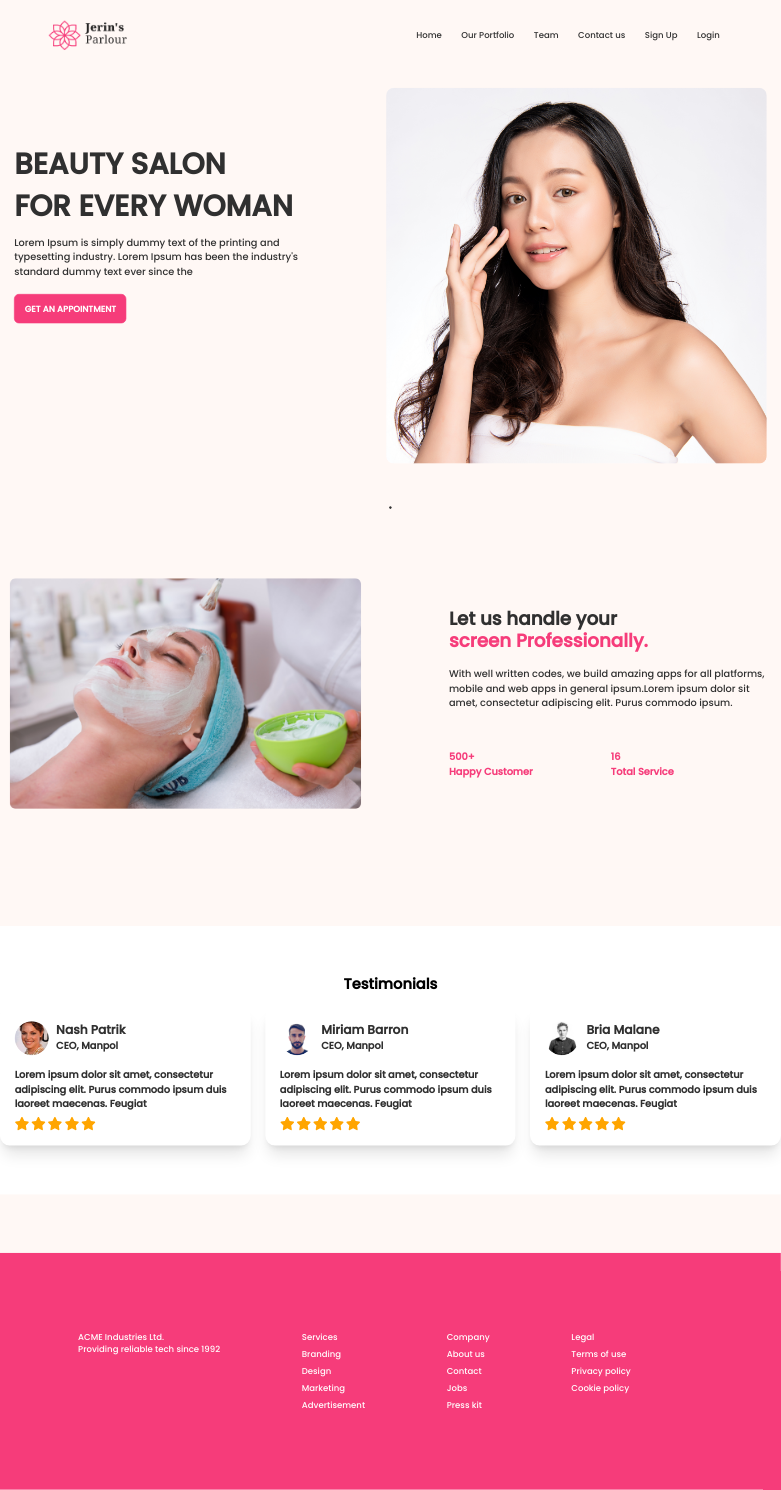
Repository: Wahid137/jerins-parlour-client
Page: /
An editor plug-in stored every save of this project. The page is shown before and after the next save, followed by the edit.
The browser window is 1280 px wide. The pictures show the whole page, at 61% of full size.
The page's requests for data from a server got no answer. The project was rebuilt for these pictures with package versions that can differ from the ones it lists, and the page was loaded fresh each time. No one was signed in, and anything a server would have sent is missing. Also part of the build but not shown: src/App.css, src/Pages/Home/Services/ServicesCard.js.

Above is the page before, as saved 2023-07-16 05:02:38.

### public/index.html
<!DOCTYPE html>
<html lang="en">
  <head>
    <meta charset="utf-8" />
    <link rel="icon" href="%PUBLIC_URL%/favicon.ico" />
    <meta name="viewport" content="width=device-width, initial-scale=1" />
    <meta name="theme-color" content="#000000" />
    <meta
      name="description"
      content="Web site created using create-react-app"
    />
    <link rel="preconnect" href="https://fonts.googleapis.com">
    <link rel="preconnect" href="https://fonts.gstatic.com" crossorigin>
    <link href="https://fonts.googleapis.com/css2?family=Poppins:wght@500&display=swap" rel="stylesheet">
    <link rel="apple-touch-icon" href="%PUBLIC_URL%/logo192.png" />
    <!--
      manifest.json provides metadata used when your web app is installed on a
      user's mobile device or desktop. See https://developers.google.com/web/fundamentals/web-app-manifest/
    -->
    <link rel="manifest" href="%PUBLIC_URL%/manifest.json" />
    <!--
      Notice the use of %PUBLIC_URL% in the tags above.
      It will be replaced with the URL of the `public` folder during the build.
      Only files inside the `public` folder can be referenced from the HTML.

      Unlike "/favicon.ico" or "favicon.ico", "%PUBLIC_URL%/favicon.ico" will
      work correctly both with client-side routing and a non-root public URL.
      Learn how to configure a non-root public URL by running `npm run build`.
    -->
    <title>React App</title>
  </head>
  <body>
    <noscript>You need to enable JavaScript to run this app.</noscript>
    <div id="root"></div>
    <!--
      This HTML file is a template.
      If you open it directly in the browser, you will see an empty page.

      You can add webfonts, meta tags, or analytics to this file.
      The build step will place the bundled scripts into the <body> tag.

      To begin the development, run `npm start` or `yarn start`.
      To create a production bundle, use `npm run build` or `yarn build`.
    -->
  </body>
</html>

### src/index.js
import React from 'react';
import ReactDOM from 'react-dom/client';
import './index.css';
import App from './App';
import reportWebVitals from './reportWebVitals';
import { QueryClient, QueryClientProvider } from '@tanstack/react-query'


// Create a client
const queryClient = new QueryClient()

const root = ReactDOM.createRoot(document.getElementById('root'));
root.render(
  <React.StrictMode>
    <QueryClientProvider client={queryClient}>
      <App />
    </QueryClientProvider>
  </React.StrictMode>
);

// If you want to start measuring performance in your app, pass a function
// to log results (for example: reportWebVitals(console.log))
// or send to an analytics endpoint. Learn more: https://bit.ly/CRA-vitals
reportWebVitals();

### src/index.css
@tailwind base;
@tailwind components;
@tailwind utilities;

body {
  background-color: #FFF8F5;
  margin: 0;
  font-family: -apple-system, BlinkMacSystemFont, 'Segoe UI', 'Roboto', 'Oxygen',
    'Ubuntu', 'Cantarell', 'Fira Sans', 'Droid Sans', 'Helvetica Neue',
    sans-serif;
    font-family: 'Poppins', sans-serif;
  -webkit-font-smoothing: antialiased;
  -moz-osx-font-smoothing: grayscale;
}

code {
  font-family: source-code-pro, Menlo, Monaco, Consolas, 'Courier New',
    monospace;
}

### src/App.js
import logo from './logo.svg';
import './App.css';
import { RouterProvider } from 'react-router-dom';
import router from './Routes/Routes/Routes';
import { Toaster } from 'react-hot-toast';

function App() {
  return (
    <div className=" mx-auto">
      <RouterProvider router={router}></RouterProvider>
      <Toaster></Toaster>
    </div>
  );
}

export default App;

### src/Routes/Routes/Routes.js
const { createBrowserRouter } = require("react-router-dom");
const { default: Main } = require("../../Layout/Main");
const { default: Home } = require("../../Pages/Home/Home/Home");

const router = createBrowserRouter([
    {
        path: '/',
        element: <Main></Main>,
        children: [
            {
                path: '/',
                element: <Home></Home>
            }
        ]
    }
])
export default router;

### src/Layout/Main.js
import React from 'react';
import Navbar from '../Shared/Navbar/Navbar';
import { Outlet } from 'react-router-dom';
import Footer from '../Shared/Footer/Footer';

const Main = () => {
    return (
        <div>
            <Navbar></Navbar>
            <Outlet></Outlet>
            <Footer></Footer>
        </div>
    );
};

export default Main;

### src/Pages/Home/Home/Home.js
import React from 'react';
import Banner from '../Banner/Banner';
import Services from '../Services/Services';
import Screen from '../Screen/Screen';
import Testimonial from '../Testimonial/Testimonial';

const Home = () => {
    return (
        <div>
            <Banner></Banner>
            <Services></Services>
            <Screen></Screen>
            <Testimonial></Testimonial>
        </div>
    );
};

export default Home;

### src/Shared/Navbar/Navbar.js
import React from 'react';
import logo from '../../assets/logo.png';
import { Link } from 'react-router-dom';

const Navbar = () => {
    const menuItem = <>
        <li><Link to="/">Home</Link></li>
        <li><Link to="/portfolio">Our Portfolio</Link></li>
        <li><Link to="/team">Team</Link></li>
        <li><Link to="/dashboard">Contact us</Link></li>
        <li><Link to="/signup">Sign Up</Link></li>
        <li><Link to="/login">Login</Link></li>

    </>
    return (
        <div className="navbar flex justify-between px-20 pt-8">
            <div className="navbar-start">
                <div className="dropdown">
                    <label tabIndex={0} className="btn btn-ghost lg:hidden">
                        <svg xmlns="http://www.w3.org/2000/svg" className="h-5 w-5" fill="none" viewBox="0 0 24 24" stroke="currentColor"><path strokeLinecap="round" strokeLinejoin="round" strokeWidth="2" d="M4 6h16M4 12h8m-8 6h16" /></svg>
                    </label>
                    <ul tabIndex={1} className="menu menu-sm dropdown-content mt-3 z-[1] p-2 shadow bg-base-100 rounded-box w-52">
                        {menuItem}
                    </ul>
                </div>
                <Link to="/" className="w-32">
                    <img src={logo} alt="" />
                </Link>
            </div>
            <div className="navbar-center hidden lg:flex">
                <ul className="menu menu-horizontal px-1">
                    {menuItem}
                </ul>
            </div>
            <label htmlFor="dashboard-drawer" tabIndex={2} className="btn btn-ghost lg:hidden">
                <svg xmlns="http://www.w3.org/2000/svg" className="h-5 w-5" fill="none" viewBox="0 0 24 24" stroke="currentColor"><path strokeLinecap="round" strokeLinejoin="round" strokeWidth="2" d="M4 6h16M4 12h8m-8 6h16" /></svg>
            </label>

        </div>
    );
};

export default Navbar;

### src/Shared/Footer/Footer.js
import React from 'react';


const Footer = () => {
    return (
        <footer className="footer p-32 bg-primary text-white w-full max-w-full">
            <div>
                <p>ACME Industries Ltd.<br />Providing reliable tech since 1992</p>
            </div>
            <div>
                <span className=" text-white">Services</span>
                <a href="/" className="link link-hover">Branding</a>
                <a href="/" className="link link-hover">Design</a>
                <a href="/" className="link link-hover">Marketing</a>
                <a href="/" className="link link-hover">Advertisement</a>
            </div>
            <div>
                <span className="">Company</span>
                <a href="/" className="link link-hover">About us</a>
                <a href="/" className="link link-hover">Contact</a>
                <a href="/" className="link link-hover">Jobs</a>
                <a href="/" className="link link-hover">Press kit</a>
            </div>
            <div>
                <span className="">Legal</span>
                <a href="/" className="link link-hover">Terms of use</a>
                <a href="/" className="link link-hover">Privacy policy</a>
                <a href="/" className="link link-hover">Cookie policy</a>
            </div>
        </footer>
    );
};

export default Footer;

### src/Pages/Home/Banner/Banner.js
import React from 'react';
import woman from '../../../assets/images/woman.png';
import PrimaryButton from '../../../Components/PrimaryButton/PrimaryButton';

const Banner = () => {
    return (
        <div className="hero" >
            <div className="hero-content flex-col lg:flex-row-reverse min-h-screen">

                <img src={woman} className="rounded-lg lg:w-1/2" alt="" />

                <div className='lg:me-32 lg:-mt-32'>
                    <h1 className="text-5xl font-bold mt-0 mb-5">BEAUTY SALON</h1>
                    <h1 className="text-5xl font-bold">FOR EVERY WOMAN</h1>
                    <p className="py-6">Lorem Ipsum is simply dummy text of the printing and <br /> typesetting industry. Lorem Ipsum has been the industry's <br /> standard dummy text ever since the</p>
                    <PrimaryButton>Get an Appointment</PrimaryButton>
                </div>
            </div>
        </div>
    );
};

export default Banner;

### src/Pages/Home/Services/Services.js
import { useQuery } from '@tanstack/react-query';
import React from 'react';
import Loading from '../../../Shared/Loading/Loading';


import ServicesCard from './ServicesCard';
import PrimaryButton from '../../../Components/PrimaryButton/PrimaryButton';



const Services = () => {
    const { data: services = [], isLoading } = useQuery({
        queryKey: ['services'],
        queryFn: () => fetch('http://localhost:5000/services')
            .then(res => res.json())
    })


    if (isLoading) {
        return <Loading></Loading>;
    }

    return (
        <div className='p-0 my-10'>
            <div className='mx-auto mb-4 py-10 text-center w-1/2'>
                <p className='text-2xl font-bold'>Our Awesome <span className='text-primary'>Services</span></p>
            </div>
            <div className='grid gap-1 grid-cols-1 md:grid-cols-2 lg:grid-cols-3'>
                {
                    services.map(service => <ServicesCard
                        key={service._id}
                        service={service}
                    ></ServicesCard>)
                }
            </div>
            <div className='text-center mt-24'>
                <PrimaryButton >Explore More</PrimaryButton>
            </div>

        </div >
    );
};

export default Services;

### src/Pages/Home/Screen/Screen.js
import React from 'react';
import face from '../../../assets/images/face.png'

const Screen = () => {
    return (
        <div className="hero py-20 bg-secondary">
            <div className="hero-content flex-col lg:flex-row">
                <img src={face} className="max-w-xl rounded-lg" alt="" />
                <div className='lg:w-1/2 ms-32'>
                    <h1 className="text-3xl font-semibold">Let us handle your <br /><span className='text-primary'>screen Professionally.</span></h1>
                    <p className="py-6">With well written codes, we build amazing apps for all platforms, mobile and web apps in general ipsum.Lorem ipsum dolor sit amet, consectetur adipiscing elit. Purus commodo ipsum.</p>
                    <div className='flex pt-10'>
                        <div className='me-32'>
                            <p className='text-primary font-bold'>500+</p>
                            <p className='text-primary font-bold'>Happy Customer</p>
                        </div>
                        <div>
                            <p className='text-primary font-bold'>16</p>
                            <p className='text-primary font-bold'>Total Service</p>
                        </div>
                    </div>
                </div>
            </div>
        </div>
    );
};

export default Screen;

### src/Pages/Home/Testimonial/Testimonial.js
import React from 'react';
import ellipse1 from '../../../assets/images/Ellipse 90.png';
import ellipse2 from '../../../assets/images/Ellipse 91.png';
import ellipse3 from '../../../assets/images/Ellipse 92.png';
import TestimonialCard from './TestmonialCard';

const Testimonial = () => {
    const customersInformation = [
        {
            "customer_id": "01",
            "name": "Nash Patrik",
            "job": "CEO, Manpol",
            "quote": "Lorem ipsum dolor sit amet, consectetur adipiscing elit. Purus commodo ipsum duis laoreet maecenas. Feugiat ",
            "img": ellipse1,
            "rating": 5
        },
        {
            "customer_id": "02 ",
            "name": "Miriam Barron",
            "job": "CEO, Manpol",
            "quote": "Lorem ipsum dolor sit amet, consectetur adipiscing elit. Purus commodo ipsum duis laoreet maecenas. Feugiat ",
            "img": ellipse2,
            "rating": 5
        },
        {
            "customer_id": "03",
            "name": "Bria Malane",
            "job": "CEO, Manpol",
            "quote": "Lorem ipsum dolor sit amet, consectetur adipiscing elit. Purus commodo ipsum duis laoreet maecenas. Feugiat ",
            "img": ellipse3,
            "rating": 5
        }
    ]
    return (
        <div className='my-24 bg-base-100 py-20'>
            <div className='mx-auto mb-5 text-center w-1/2'>
                <p className='text-2xl font-bold text-black'>Testimonials</p>
            </div>
            <div className='grid gap-6 grid-cols-1 md:grid-cols-2 lg:grid-cols-3'>
                {
                    customersInformation.map(customerInformation => <TestimonialCard
                        key={customerInformation.customer_id}
                        customerInformation={customerInformation}
                    ></TestimonialCard>)
                }
            </div>
        </div>
    );
};

export default Testimonial;

### src/Components/PrimaryButton/PrimaryButton.js
import React from 'react';

const PrimaryButton = ({ children }) => {
    return (
        <button className="btn btn-primary text-white">{children}</button>
    );
};

export default PrimaryButton;

### src/Shared/Loading/Loading.js
import React from 'react';

const Loading = () => {
    return (
        <div className="flex items-center justify-center">
            <span className="loading loading-ring loading-lg"></span>
        </div>
    );
};

export default Loading;

### src/Pages/Home/Testimonial/TestmonialCard.js
import React from 'react';
import Rating from '../../../Shared/Rating/Rating';

const TestimonialCard = ({ customerInformation }) => {
    const { img, name, job, quote, rating } = customerInformation;
    return (
        <div className="p-6 card card-compact bg-base-100 shadow-xl">
            <div className='flex justify-between'>
                <div className='flex'>
                    <figure><img className="rounded-full w-14 h-14 me-3" src={img} alt="Shoes" /></figure>
                    <div>
                        <h2 className='text-xl font-bold'>{name}</h2>
                        <p className='font-semibold'>{job}</p>
                    </div>
                </div>
            </div>
            <div className="mt-5">
                <p className='font-semibold mb-2'>{quote}</p>
                <Rating stars={rating}></Rating>
            </div>
        </div>
    );
};

export default TestimonialCard;

### src/Shared/Rating/Rating.js
import React from 'react';
import { FaStar, FaStarHalfAlt } from "react-icons/fa";
import { AiOutlineStar } from "react-icons/ai";
import './Rating.css';

const Rating = ({ stars }) => {
    const ratingStar = Array.from({ length: 5 }, (elem, index) => {
        let numbers = index + 0.5;

        return (
            <span key={index}>
                {stars >= index + 1 ? (
                    <FaStar className='icon'></FaStar>
                ) : stars >= numbers ? (
                    <FaStarHalfAlt className='icon'></FaStarHalfAlt>
                ) : (
                    <AiOutlineStar className='icon'></AiOutlineStar>
                )}
            </span>
        )
    });
    return (

        <div className='icon-style'>
            {ratingStar}
        </div>

    );
};


export default Rating;

### src/Shared/Rating/Rating.css
.icon-style{
    display: flex;
    gap: 0.2rem;
    align-items: center;

}
.icon {
    width: 24px;
    height: 24px;
    color: orange;
}

### tailwind.config.js
/** @type {import('tailwindcss').Config} */
module.exports = {
  content: [
    "./src/**/*.{js,jsx,ts,tsx}",
  ],
  daisyui: {
    themes: [
      {
        parlourTheme: {
          primary: '#F63E7B',
          secondary: '#FFF8F5',
          accent: '##F4F7FC',
          neutral: '#3D4451',
          "base-100": '#FFFFFF',
        }
      }
    ]
  },
  theme: {
    extend: {},
  },
  plugins: [require("daisyui")],
}

Loaded but not shown: src/reportWebVitals.js (common file)

After the next save:
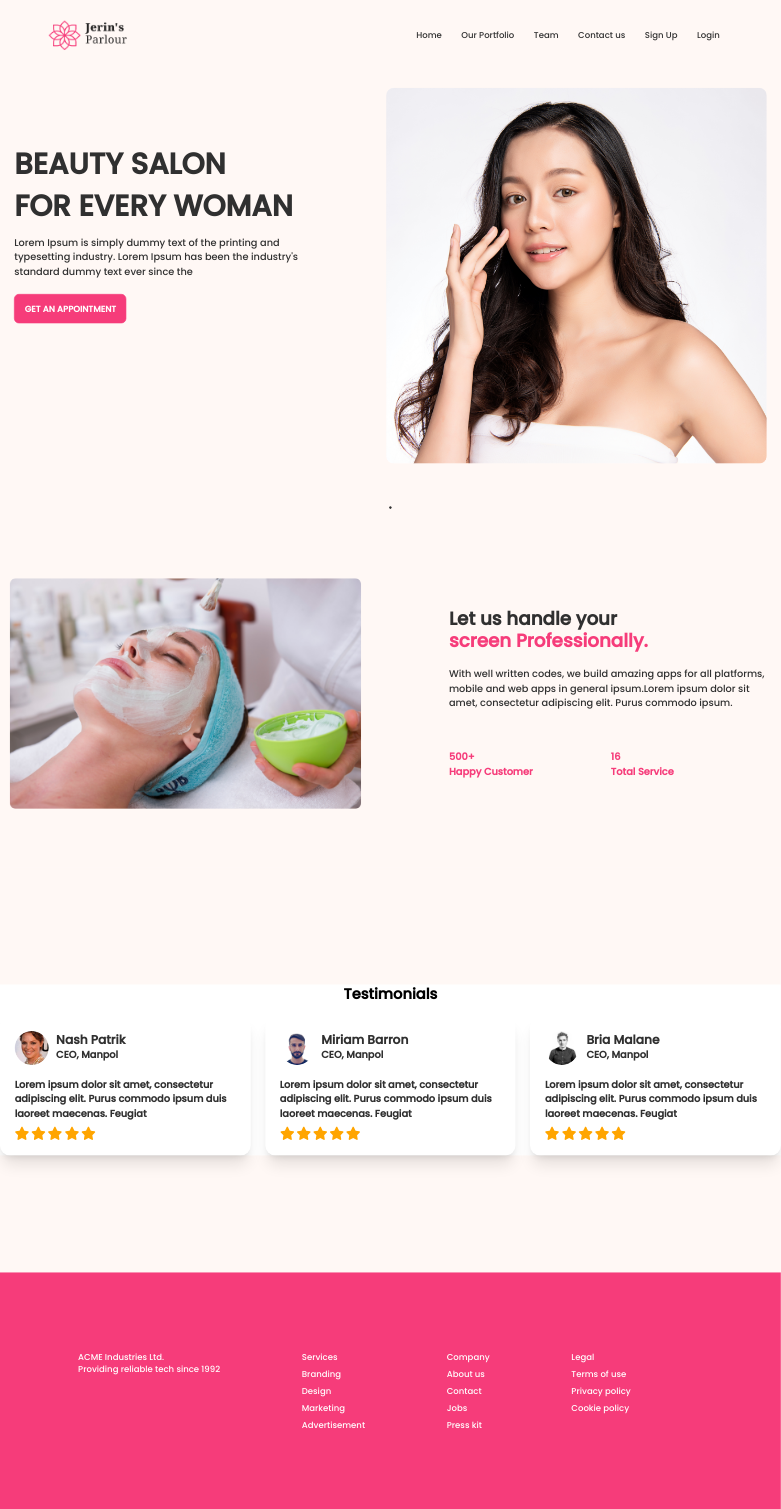
Saved 27 s later.
--- a/src/Pages/Home/Testimonial/Testimonial.js
+++ b/src/Pages/Home/Testimonial/Testimonial.js
@@ -32,7 +32,7 @@ const Testimonial = () => {
         }
     ]
     return (
-        <div className='my-24 bg-base-100 py-20'>
+        <div className='my-48 bg-base-100'>
             <div className='mx-auto mb-5 text-center w-1/2'>
                 <p className='text-2xl font-bold text-black'>Testimonials</p>
             </div>
